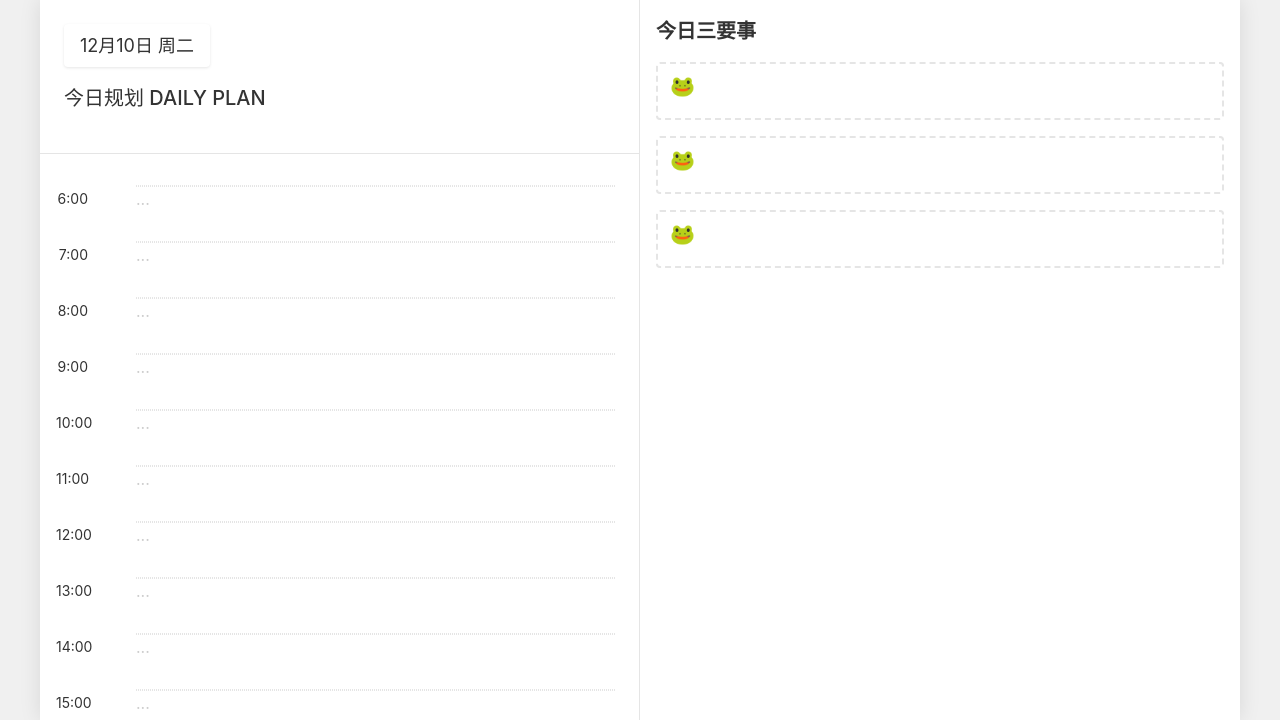
Repository: a6288a/Daily-Planner
Page: index.html
An editor plug-in stored every save of this project. The page is shown before and after a run of saves, followed by the edit.
The browser window is 1280 px wide. The pictures show the whole page.
After loading, the first visible `div.frog-task` was clicked once.
An inner scrolling area shows only its first screen.

Above is the page before, as saved 2024-12-10 17:34:53.
Console error: ReferenceError: frogTasks is not defined

### index.html
<!DOCTYPE html>
<html lang="zh">
<head>
    <meta charset="UTF-8">
    <meta name="viewport" content="width=device-width, initial-scale=1.0">
    <title>每日规划笔记本</title>
    <link rel="stylesheet" href="styles.css">
</head>
<body>
    <div class="container">
        <!-- 左侧时间轴区域 -->
        <div class="timeline-area">
            <!-- 顶部日期区域 -->
            <div class="date-header">
                <div class="current-date" id="current-date">
                    <!-- 日期将通过 JS 动态生成 -->
                </div>
                <h1 class="page-title">今日规划 DAILY PLAN</h1>
            </div>
            <div class="timeline-container" id="timeline-container">
                <!-- 时间轴将通过 JS 动态生成 -->
            </div>
        </div>

        <!-- 右侧区域 -->
        <div class="right-area">
            <!-- 三只青蛙区域 -->
            <div class="frogs-area">
                <h2 class="frogs-title">今日三要事</h2>
                <div class="frog-tasks">
                    <div class="frog-task">
                        <span class="frog-emoji">🐸</span>
                        <div class="task-content" data-index="0">点击设置重要事项</div>
                        <button class="task-clear" title="清除">×</button>
                    </div>
                    <div class="frog-task">
                        <span class="frog-emoji">🐸</span>
                        <div class="task-content" data-index="1">点击设置重要事项</div>
                        <button class="task-clear" title="清除">×</button>
                    </div>
                    <div class="frog-task">
                        <span class="frog-emoji">🐸</span>
                        <div class="task-content" data-index="2">点击设置重要事项</div>
                        <button class="task-clear" title="清除">×</button>
                    </div>
                </div>
            </div>

            <!-- 自由记录区域 -->
            <div class="free-area" id="free-area">
                <!-- 便签将通过 JS 动态生成 -->
            </div>
        </div>
    </div>
    <script src="script.js"></script>
</body>
</html>

### script.js
// 添加日期相关变量
let currentDate = new Date();
let currentDateKey = formatDateKey(currentDate);

// 修改数据结构
let dailyData = JSON.parse(localStorage.getItem('dailyData')) || {};
if (!dailyData[currentDateKey]) {
    dailyData[currentDateKey] = {
        timelineData: {},
        freeNotes: [],
        frogTasks: ['', '', '']
    };
}

// 初始化页面
document.addEventListener('DOMContentLoaded', () => {
    initializeDate();
    initializeTimeline();
    initializeFrogTasks();
    initializeFreeArea();
    loadDailyData();
});

// 初始化时间轴
function initializeTimeline() {
    const container = document.getElementById('timeline-container');
    container.innerHTML = ''; // 清空现有内容

    // 生成6:00-24:00的时间槽
    for (let hour = 6; hour <= 24; hour++) {
        const timeSlot = document.createElement('div');
        timeSlot.className = 'time-slot';

        const timeLabel = document.createElement('div');
        timeLabel.className = 'time-label';
        timeLabel.textContent = `${hour}:00`;

        const timeContent = document.createElement('div');
        timeContent.className = 'time-content';
        timeContent.contentEditable = true;
        timeContent.dataset.hour = hour;

        // 加载保存的数据
        if (dailyData[currentDateKey].timelineData[hour]) {
            timeContent.textContent = dailyData[currentDateKey].timelineData[hour];
        }

        // 保存输入的内容
        timeContent.addEventListener('blur', (e) => {
            const hour = e.target.dataset.hour;
            const oldContent = dailyData[currentDateKey].timelineData[hour];
            const newContent = e.target.textContent;

            // 更新时间轴数据
            dailyData[currentDateKey].timelineData[hour] = newContent;

            // 更新对应的青蛙任务
            if (oldContent) {
                dailyData[currentDateKey].frogTasks = dailyData[currentDateKey].frogTasks.map(task =>
                    task === oldContent ? newContent : task
                );
                updateFrogTasks();
            }

            saveToLocalStorage();
        });

        // 添加拖拽功能
        timeContent.draggable = true;
        timeContent.addEventListener('dragstart', handleDragStart);
        timeContent.addEventListener('dragover', handleDragOver);
        timeContent.addEventListener('drop', handleDrop);
        timeContent.addEventListener('dragend', handleDragEnd);

        // 防止冒泡
        timeContent.addEventListener('click', (e) => {
            e.stopPropagation();
        });

        timeSlot.appendChild(timeLabel);
        timeSlot.appendChild(timeContent);
        container.appendChild(timeSlot);
    }
}

// 初始化自由区域
function initializeFreeArea() {
    const freeArea = document.getElementById('free-area');

    // 点击空白处添加新便签
    freeArea.addEventListener('click', (e) => {
        if (e.target === freeArea) {
            const rect = freeArea.getBoundingClientRect();
            const x = e.clientX - rect.left;
            const y = e.clientY - rect.top;
            createNote(x, y);
        }
    });
}

// 创建新便签
function createNote(x, y, content = '') {
    const note = document.createElement('div');
    note.className = 'note';

    const header = document.createElement('div');
    header.className = 'note-header';
    header.style.cursor = 'grab';

    const deleteBtn = document.createElement('button');
    deleteBtn.className = 'delete-note';
    deleteBtn.innerHTML = '✕';
    deleteBtn.addEventListener('click', () => {
        const noteId = note.dataset.id;

        // 清除对应的青蛙任务
        dailyData[currentDateKey].frogTasks = dailyData[currentDateKey].frogTasks.map(task =>
            task && task.noteId === noteId ? null : task
        );
        updateFrogTasks();

        // 删除便签
        note.remove();
        const noteIndex = dailyData[currentDateKey].freeNotes.findIndex(n => n.id === noteId);
        if (noteIndex > -1) {
            dailyData[currentDateKey].freeNotes.splice(noteIndex, 1);
            saveToLocalStorage();
        }
    });

    const contentDiv = document.createElement('div');
    contentDiv.className = 'note-content';
    contentDiv.contentEditable = true;
    contentDiv.textContent = content;

    // 保存内容
    contentDiv.addEventListener('blur', () => {
        const noteData = {
            id: note.dataset.id,
            content: contentDiv.textContent,
            position: {
                x: parseFloat(note.style.left),
                y: parseFloat(note.style.top)
            }
        };

        // 更新便签数据
        const existingNoteIndex = dailyData[currentDateKey].freeNotes.findIndex(n => n.id === note.dataset.id);
        if (existingNoteIndex > -1) {
            dailyData[currentDateKey].freeNotes[existingNoteIndex] = noteData;
        } else {
            dailyData[currentDateKey].freeNotes.push(noteData);
        }

        // 更新对应的青蛙任务内容
        dailyData[currentDateKey].frogTasks = dailyData[currentDateKey].frogTasks.map(task => {
            if (task && task.noteId === note.dataset.id) {
                return { ...task, content: contentDiv.textContent };
            }
            return task;
        });

        updateFrogTasks();
        saveToLocalStorage();
    });

    header.appendChild(deleteBtn);
    note.appendChild(header);
    note.appendChild(contentDiv);

    // 确保初始位置在边界内
    const freeArea = document.getElementById('free-area');
    const maxX = freeArea.clientWidth - 200; // 200px 是便签的最小宽度
    const maxY = freeArea.clientHeight - 120; // 120px 是便签的最小高度

    const boundedX = Math.max(0, Math.min(x, maxX));
    const boundedY = Math.max(0, Math.min(y, maxY));

    note.style.left = `${boundedX}px`;
    note.style.top = `${boundedY}px`;
    note.dataset.id = Date.now().toString();

    document.getElementById('free-area').appendChild(note);
    makeDraggable(note);
    makeNoteDraggableToFrogs(note);

    return note;
}

// 修改便签拖拽逻辑
function makeDraggable(element) {
    const header = element.querySelector('.note-header');
    let isDragging = false;
    let startX, startY, initialLeft, initialTop;

    header.addEventListener('mousedown', (e) => {
        if (e.target.classList.contains('delete-note')) return;

        e.preventDefault();
        isDragging = true;
        header.style.cursor = 'grabbing';

        startX = e.clientX;
        startY = e.clientY;
        initialLeft = element.offsetLeft;
        initialTop = element.offsetTop;

        function onMouseMove(e) {
            if (!isDragging) return;

            e.preventDefault();
            e.stopPropagation();

            const deltaX = e.clientX - startX;
            const deltaY = e.clientY - startY;

            let newX = initialLeft + deltaX;
            let newY = initialTop + deltaY;

            // 添加边界限制
            const freeArea = document.getElementById('free-area');
            const rect = freeArea.getBoundingClientRect();
            const maxX = rect.width - element.offsetWidth;
            const maxY = rect.height - element.offsetHeight;

            newX = Math.max(0, Math.min(newX, maxX));
            newY = Math.max(0, Math.min(newY, maxY));

            element.style.left = `${newX}px`;
            element.style.top = `${newY}px`;
        }

        function onMouseUp() {
            if (!isDragging) return;

            isDragging = false;
            header.style.cursor = 'grab';

            saveNotePosition(element);

            document.removeEventListener('mousemove', onMouseMove);
            document.removeEventListener('mouseup', onMouseUp);
        }

        document.addEventListener('mousemove', onMouseMove);
        document.addEventListener('mouseup', onMouseUp);
    });

    // 防止默认的拖拽行为
    header.addEventListener('dragstart', (e) => {
        e.preventDefault();
    });

    // 防止文本选中
    header.addEventListener('selectstart', (e) => {
        e.preventDefault();
    });
}

// 处理时间轴拖拽
function handleDragStart(e) {
    e.dataTransfer.setData('text/plain', e.target.textContent);
    e.target.classList.add('dragging');
}

function handleDragOver(e) {
    e.preventDefault();
}

function handleDrop(e) {
    e.preventDefault();
    const sourceHour = e.dataTransfer.getData('text/plain');
    const targetHour = e.target.dataset.hour;

    // 交换内容
    const temp = dailyData[currentDateKey].timelineData[sourceHour];
    dailyData[currentDateKey].timelineData[sourceHour] = dailyData[currentDateKey].timelineData[targetHour];
    dailyData[currentDateKey].timelineData[targetHour] = temp;

    // 更新显示
    loadDailyData();
}

// 修改青蛙区域的拖放处理
function initializeFrogTasks() {
    const frogTasks = document.querySelectorAll('.frog-task');

    frogTasks.forEach((task, index) => {
        const content = task.querySelector('.task-content');
        const clearBtn = task.querySelector('.task-clear');

        // 点击任务区域时显示选择菜单
        task.addEventListener('click', (e) => {
            if (e.target === clearBtn) return;

            // 显示选择菜单
            showTaskMenu(task, index);
        });

        // 清除按钮点击事件
        clearBtn.addEventListener('click', (e) => {
            e.stopPropagation();
            clearTask(index);
        });
    });
}

function showTaskMenu(task, taskIndex) {
    // 创建选择菜单
    const menu = document.createElement('div');
    menu.className = 'task-menu';

    // 获取所有便签和时间轴内容
    const notes = dailyData[currentDateKey].freeNotes;
    const timelineItems = dailyData[currentDateKey].timelineData;

    // 创建菜单内容
    let menuHtml = '<div class="menu-section"><h3>便签内容</h3>';
    notes.forEach(note => {
        menuHtml += `<div class="menu-item" data-id="${note.id}">${note.content}</div>`;
    });

    menuHtml += '</div><div class="menu-section"><h3>时间轴内容</h3>';
    Object.entries(timelineItems).forEach(([hour, content]) => {
        if (content) {
            menuHtml += `<div class="menu-item" data-hour="${hour}">${content}</div>`;
        }
    });
    menuHtml += '</div>';

    menu.innerHTML = menuHtml;

    // 定位菜单
    const rect = task.getBoundingClientRect();
    menu.style.position = 'fixed';
    menu.style.top = `${rect.bottom + 5}px`;
    menu.style.left = `${rect.left}px`;

    frogTasks.forEach((task, taskIndex) => {
        task.addEventListener('dragover', (e) => {
            e.preventDefault();
            // 只有当前位置为空，或者是同一个便签时才允许拖入
            const noteId = e.dataTransfer.getData('note-id');
            const currentTask = dailyData[currentDateKey].frogTasks[taskIndex];
            if (!currentTask || currentTask.noteId === noteId) {
                task.classList.add('drag-over');
            }
        });

        task.addEventListener('dragleave', () => {
            task.classList.remove('drag-over');
        });

        task.addEventListener('drop', (e) => {
            e.preventDefault();
            task.classList.remove('drag-over');

            const noteId = e.dataTransfer.getData('note-id');
            const content = e.dataTransfer.getData('text/plain');

            // 如果便签已经在其他青蛙位置，先清除
            dailyData[currentDateKey].frogTasks = dailyData[currentDateKey].frogTasks.map(task =>
                task && task.noteId === noteId ? null : task
            );

            // 更新当前位置
            dailyData[currentDateKey].frogTasks[taskIndex] = {
                noteId: noteId,
                content: content
            };

            updateFrogTasks();
            saveToLocalStorage();
        });
    });
}

// 格式化日期
function formatDate(date) {
    const month = date.getMonth() + 1;
    const day = date.getDate();
    const weekday = '日一二三四五六'.charAt(date.getDay());
    return `${month}月${day}日 周${weekday}`;
}

function formatDateKey(date) {
    return date.toISOString().split('T')[0];
}

// 加载当日数据
function loadDailyData() {
    // 清空现有内容
    document.getElementById('timeline-container').innerHTML = '';
    document.getElementById('free-area').innerHTML = '';

    // 加载时间轴数据
    initializeTimeline();

    // 加载便签
    dailyData[currentDateKey].freeNotes.forEach(note => {
        createNote(note.position.x, note.position.y, note.content);
    });

    // 加载青蛙任务
    const taskContents = document.querySelectorAll('.task-content');
    dailyData[currentDateKey].frogTasks.forEach((task, index) => {
        taskContents[index].textContent = task ? task.content : '';
    });
}

// 修改保存函数
function saveToLocalStorage() {
    localStorage.setItem('dailyData', JSON.stringify(dailyData));
}

// 初始化日期显示
function initializeDate() {
    const dateElement = document.getElementById('current-date');
    updateDateDisplay();

    dateElement.addEventListener('click', () => {
        const input = document.createElement('input');
        input.type = 'date';
        input.value = formatDateKey(currentDate); // 设置当前日期为默认值
        input.style.position = 'absolute';
        input.style.opacity = '0';
        input.style.pointerEvents = 'none';
        document.body.appendChild(input);

        input.showPicker();

        input.addEventListener('change', (e) => {
            currentDate = new Date(e.target.value);
            currentDateKey = formatDateKey(currentDate);
            if (!dailyData[currentDateKey]) {
                dailyData[currentDateKey] = {
                    timelineData: {},
                    freeNotes: [],
                    frogTasks: ['', '', '']
                };
            }
            updateDateDisplay();
            loadDailyData();
            input.remove();
        });
    });
}

// 添加更新日期显示的辅助函数
function updateDateDisplay() {
    const dateElement = document.getElementById('current-date');
    const formattedDate = formatDate(currentDate);
    dateElement.textContent = formattedDate;
}

// 修改便签与青蛙区域���交互
function makeNoteDraggableToFrogs(note) {
    const header = note.querySelector('.note-header');
    let longPressTimer = null;
    let isDraggingToFrog = false;

    header.addEventListener('mousedown', (e) => {
        if (e.target.classList.contains('delete-note')) return;

        longPressTimer = setTimeout(() => {
            isDraggingToFrog = true;
            note.setAttribute('draggable', true);
            header.style.cursor = 'move';

            // 添加拖拽时的视觉反馈
            note.classList.add('dragging-to-frog');
        }, 200);
    });

    header.addEventListener('mouseup', () => {
        clearTimeout(longPressTimer);
        if (isDraggingToFrog) {
            note.removeAttribute('draggable');
            header.style.cursor = 'grab';
            note.classList.remove('dragging-to-frog');
            isDraggingToFrog = false;
        }
    });

    note.addEventListener('dragstart', (e) => {
        if (!isDraggingToFrog) return;
        e.dataTransfer.setData('text/plain', note.querySelector('.note-content').textContent);
        e.dataTransfer.setData('note-id', note.dataset.id);
        note.classList.add('dragging');
    });

    note.addEventListener('dragend', () => {
        note.classList.remove('dragging');
        note.classList.remove('dragging-to-frog');
        note.removeAttribute('draggable');
        header.style.cursor = 'grab';
        isDraggingToFrog = false;
    });
}

// 添加 handleDragEnd 函数
function handleDragEnd(e) {
    e.target.classList.remove('dragging');
}

// 更新青蛙任务显示
function updateFrogTasks() {
    const taskContents = document.querySelectorAll('.task-content');
    dailyData[currentDateKey].frogTasks.forEach((task, index) => {
        if (task && task.content) {
            taskContents[index].textContent = task.content;
        } else {
            taskContents[index].textContent = '';
        }
    });
    saveToLocalStorage();
}

// 修改便签的删除处理
function deleteNote(note) {
    const noteId = note.dataset.id;

    // 清除对应的青蛙任务
    dailyData[currentDateKey].frogTasks = dailyData[currentDateKey].frogTasks.map(task =>
        task && task.noteId === noteId ? null : task
    );
    updateFrogTasks();

    // 删除便签
    note.remove();
    const noteIndex = dailyData[currentDateKey].freeNotes.findIndex(n => n.id === noteId);
    if (noteIndex > -1) {
        dailyData[currentDateKey].freeNotes.splice(noteIndex, 1);
        saveToLocalStorage();
    }
}

// 保存便签位置的辅助函数
function saveNotePosition(element) {
    const noteData = {
        id: element.dataset.id,
        content: element.querySelector('.note-content').textContent,
        position: {
            x: parseFloat(element.style.left),
            y: parseFloat(element.style.top)
        }
    };

    const existingNoteIndex = dailyData[currentDateKey].freeNotes.findIndex(n => n.id === element.dataset.id);
    if (existingNoteIndex > -1) {
        dailyData[currentDateKey].freeNotes[existingNoteIndex] = noteData;
        saveToLocalStorage();
    }
}

Loaded but not shown: styles.css (570 lines, source omitted)

After the next 2 saves:
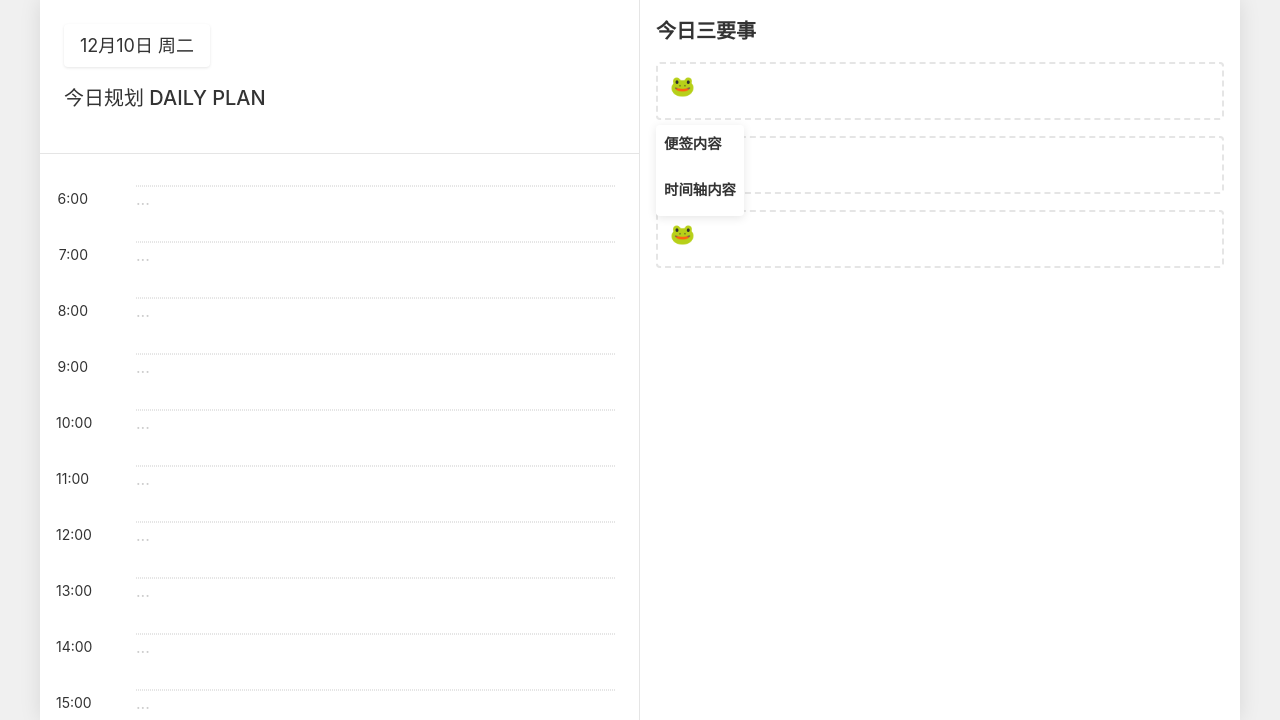
The error is gone.
The 2 saves are shown as one change because they came seconds apart.
The last was saved 6 s later.
--- a/script.js
+++ b/script.js
@@ -336,43 +336,51 @@ function showTaskMenu(task, taskIndex) {
     menu.style.top = `${rect.bottom + 5}px`;
     menu.style.left = `${rect.left}px`;
 
-    frogTasks.forEach((task, taskIndex) => {
-        task.addEventListener('dragover', (e) => {
-            e.preventDefault();
-            // 只有当前位置为空，或者是同一个便签时才允许拖入
-            const noteId = e.dataTransfer.getData('note-id');
-            const currentTask = dailyData[currentDateKey].frogTasks[taskIndex];
-            if (!currentTask || currentTask.noteId === noteId) {
-                task.classList.add('drag-over');
-            }
-        });
-
-        task.addEventListener('dragleave', () => {
-            task.classList.remove('drag-over');
-        });
-
-        task.addEventListener('drop', (e) => {
-            e.preventDefault();
-            task.classList.remove('drag-over');
-
-            const noteId = e.dataTransfer.getData('note-id');
-            const content = e.dataTransfer.getData('text/plain');
-
-            // 如果便签已经在其他青蛙位置，先清除
-            dailyData[currentDateKey].frogTasks = dailyData[currentDateKey].frogTasks.map(task =>
-                task && task.noteId === noteId ? null : task
-            );
-
-            // 更新当前位置
-            dailyData[currentDateKey].frogTasks[taskIndex] = {
-                noteId: noteId,
-                content: content
-            };
-
-            updateFrogTasks();
-            saveToLocalStorage();
-        });
-    });
+    // 添加菜单项点击事件
+    menu.addEventListener('click', (e) => {
+        const menuItem = e.target.closest('.menu-item');
+        if (!menuItem) return;
+
+        const content = menuItem.textContent;
+        setTask(taskIndex, content);
+        document.body.removeChild(menu);
+    });
+
+    // 点击外部关闭菜单
+    function closeMenu(e) {
+        if (!menu.contains(e.target)) {
+            document.body.removeChild(menu);
+            document.removeEventListener('click', closeMenu);
+        }
+    }
+
+    document.body.appendChild(menu);
+    setTimeout(() => document.addEventListener('click', closeMenu), 0);
+}
+
+function setTask(index, content) {
+    dailyData[currentDateKey].frogTasks[index] = content;
+    updateFrogTasks();
+}
+
+function clearTask(index) {
+    dailyData[currentDateKey].frogTasks[index] = '';
+    updateFrogTasks();
+}
+
+function updateFrogTasks() {
+    const taskContents = document.querySelectorAll('.task-content');
+    dailyData[currentDateKey].frogTasks.forEach((content, index) => {
+        const taskContent = taskContents[index];
+        if (content) {
+            taskContent.textContent = content;
+            taskContent.classList.add('has-content');
+        } else {
+            taskContent.textContent = '点击设置重要事项';
+            taskContent.classList.remove('has-content');
+        }
+    });
+    saveToLocalStorage();
 }
 
 // 格式化日期
@@ -453,7 +461,7 @@ function updateDateDisplay() {
     dateElement.textContent = formattedDate;
 }
 
-// 修改便签与青蛙区域���交互
+// 修改便签与青蛙区域交互
 function makeNoteDraggableToFrogs(note) {
     const header = note.querySelector('.note-header');
     let longPressTimer = null;
